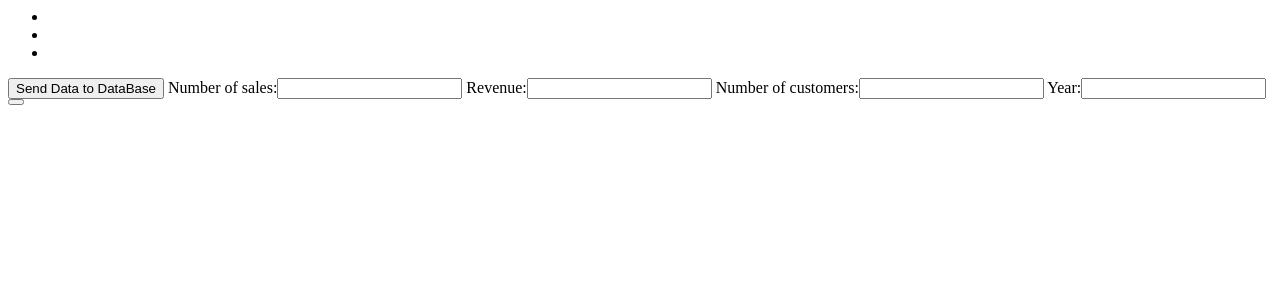
Repository: EmmanuelKeifala/Hackathon
Page: http://localhost/upload/
The author's editor kept a copy of each file at every save. The page is drawn from the files as they stood at one save, then again after the next save.
The browser window is 1280 px wide. The pictures show the whole page.
The page is served by the project's application, run on Django 3.2 (manage.py).

Above is the page before, as saved 2022-10-29 02:33:18.

After the next save:
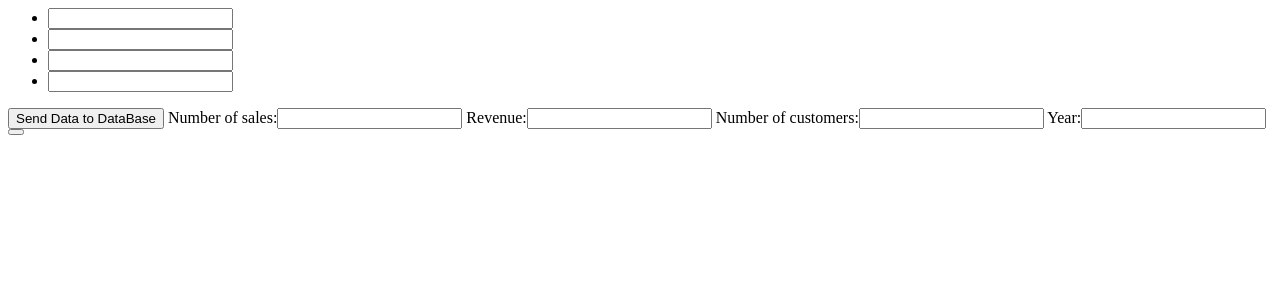
Saved 51 s later.
--- a/users/templates/users/upload.html
+++ b/users/templates/users/upload.html
@@ -1,9 +1,10 @@
 <form method="POST" action="{% url 'upload'%}" entypr="multipart/form-data">
   {% csrf_token %}
   <ul class="contactList">
-    <li id="subject" class="contact">{{ form.subject }}</li>
-    <li id="email" class="contact">{{ form.email }}</li>
-    <li id="message" class="contact">{{ form.message }}</li>
+    <li id="subject" class="contact">{{ form.number_of_sales }}</li>
+    <li id="email" class="contact">{{ form.revenue }}</li>
+    <li id="message" class="contact">{{ form.number_of_customers }}</li>
+    <li id="message" class="contact">{{ form.year }}</li>
   </ul>
   <input type="submit" value="Send Data to DataBase" />
   {{form}}
